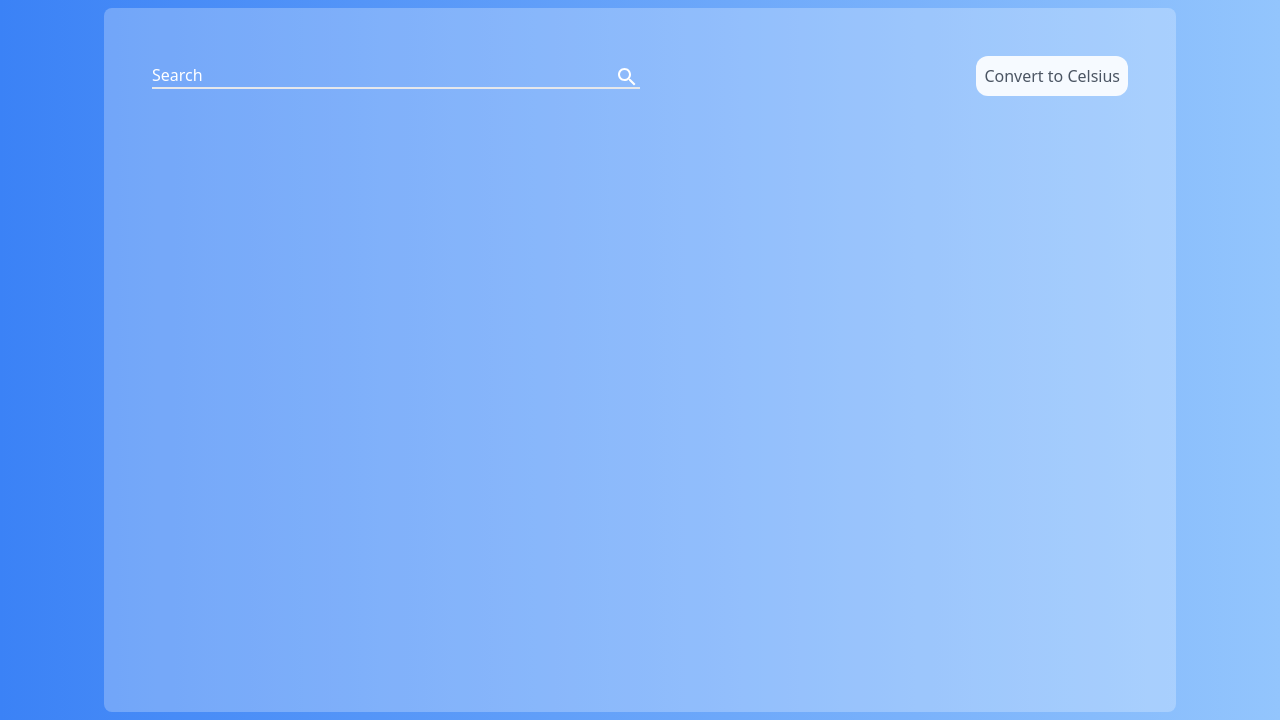
Repository: DevAntonioRogers/react-weatherapp-v2
Page: /
An editor plug-in stored every save of this project. The page is shown before and after the next save, followed by the edit.
The browser window is 1280 px wide. The pictures show the whole page.
The project was rebuilt for these pictures with package versions that can differ from the ones it lists, and the page was loaded fresh each time. The framework's server and built-in components were replaced by stand-ins that run in the browser. Also part of the build but not shown: next.config.js.

Above is the page before, as saved 2023-05-18 23:25:10.

### app/layout.tsx
import "./globals.css";
import { Inter } from "next/font/google";

export const metadata = {
  title: "Create Next App",
  description: "Generated by create next app",
};

export default function RootLayout({ children }: { children: React.ReactNode }) {
  return (
    <html lang="en">
      <body>{children}</body>
    </html>
  );
}

### app/page.tsx
import Conversion from "./components/Conversion";
import Input from "./components/Input";

export default function Home() {
  return (
    <div className="flex justify-center p-2 bg-cover h-screen bg-gradient-to-r from-blue-500 to-blue-300">
      <div className="bg-white/25 mx-24 w-full rounded-lg p-12">
        <div className="flex justify-between items-center">
          <Input />
          <Conversion />
        </div>
      </div>
    </div>
  );
}

### app/components/Conversion.tsx
import React from "react";

const Conversion = () => {
  return (
    <div className="">
      <button className="rounded-xl bg-white/90 p-2 text-gray-600">Convert to Celsius</button>
    </div>
  );
};

export default Conversion;

### app/components/Input.tsx
"use client";

import SearchIcon from "@mui/icons-material/Search";

const Input = () => {
  return (
    <form className="flex items-center w-2/4">
      <input
        type="text"
        className="w-full bg-transparent border-b-2 placeholder-white outline-none text-white"
        placeholder="Search"
      />
      <div className="ml-[-25px] text-white cursor-pointer">
        <SearchIcon />
      </div>
    </form>
  );
};

export default Input;

Loaded but not shown: app/globals.css (common file); tailwind.config.js (common file)

After the next save:
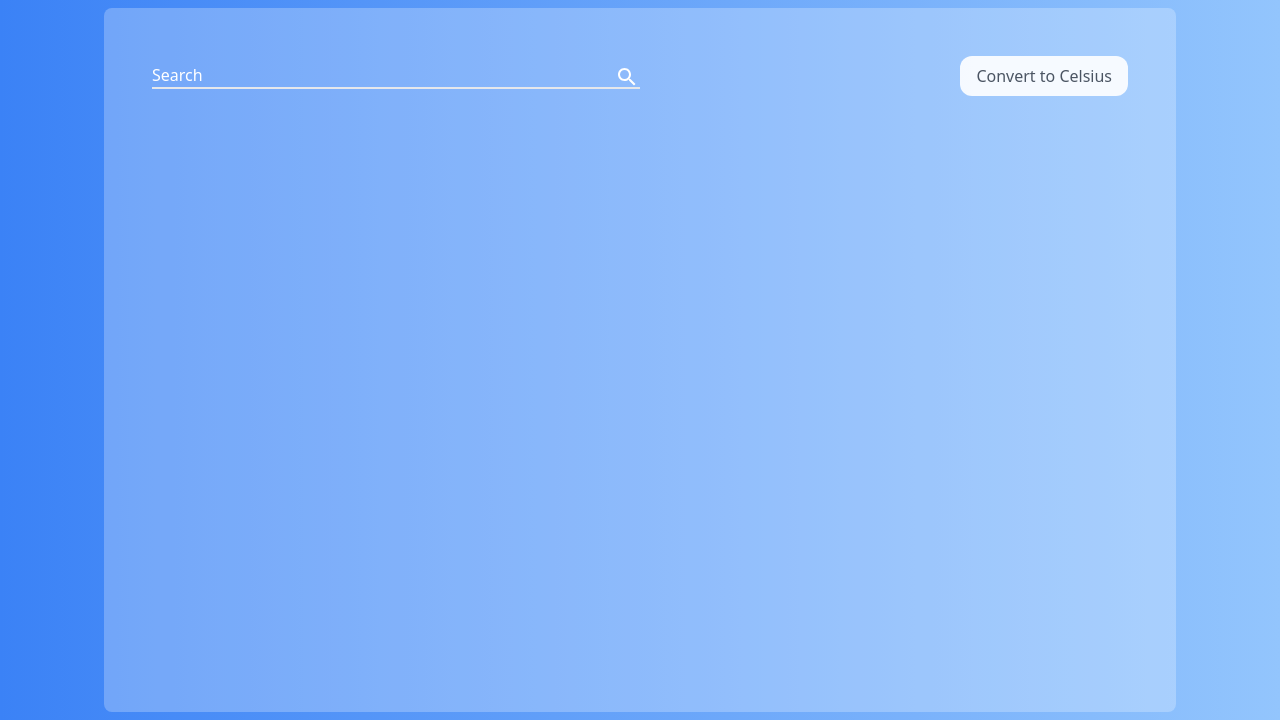
Saved 16 s later.
--- a/app/components/Conversion.tsx
+++ b/app/components/Conversion.tsx
@@ -3,7 +3,7 @@ import React from "react";
 const Conversion = () => {
   return (
     <div className="">
-      <button className="rounded-xl bg-white/90 p-2 text-gray-600">Convert to Celsius</button>
+      <button className="rounded-xl bg-white/90 px-4 py-2 text-gray-600">Convert to Celsius</button>
     </div>
   );
 };
